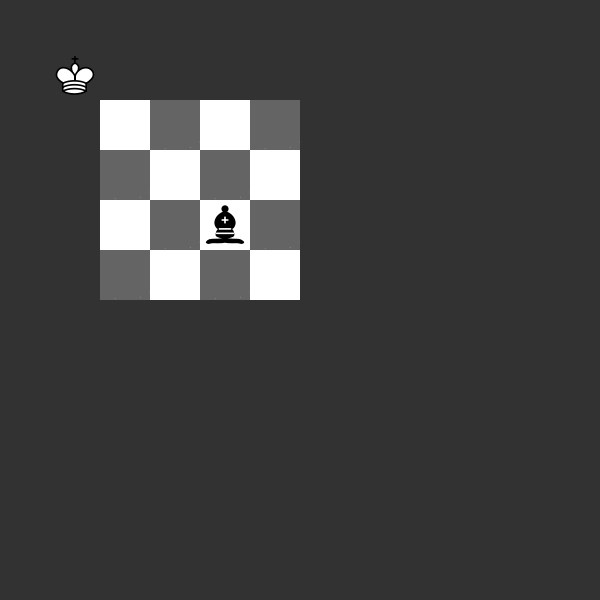
Repository: a-longe/capstone
Script's output: python engine/pygame_board.py
These files come from the project's save history. The script's output is drawn as it stood at one moment and after a run of saves; the edit follows.
The window is shown after at most 60 frames with no key pressed. Random numbers start from a fixed seed. It also reads engine/images/bB.png, engine/images/btile.png, engine/images/wK.png, engine/images/wtile.png.

Above is the script's output before, as saved 2023-12-04 09:27:46.

### engine/pygame_board.py
import pygame as pg
from my_utils import row_index_to_legend
from my_utils import is_odd, column_letter_to_index
from os import path, environ
from sys import exit

PieceInput = tuple[str, tuple[int, int]]
INPUT_GLYPH = 0
INPUT_COORDS = 1

WINDOW_WIDTH = 600
WINDOW_HEIGHT = 600

SQUARE_SIZE = 50

BOARD_SIZE = 4

BG_COLOR = (50, 50, 50)

a8, a7, a6, a5, a4, a3, a2, a1 = (100, 100), (100, 150), (100, 200), (100, 250), (100, 300), (100, 350), (100, 400), (100, 450)
b8, b7, b6, b5, b4, b3, b2, b1 = (150, 100), (150, 150), (150, 200), (150, 250), (150, 300), (150, 350), (150, 400), (150, 450)
c8, c7, c6, c5, c4, c3, c2, c1 = (200, 100), (200, 150), (200, 200), (200, 250), (200, 300), (200, 350), (200, 400), (200, 450)
d8, d7, d6, d5, d4, d3, d2, d1 = (250, 100), (250, 150), (250, 200), (250, 250), (250, 300), (250, 350), (250, 400), (250, 450)
e8, e7, e6, e5, e4, e3, e2, e1 = (300, 100), (300, 150), (300, 200), (300, 250), (300, 300), (300, 350), (300, 400), (300, 450)
f8, f7, f6, f5, f4, f3, f2, f1 = (350, 100), (350, 150), (350, 200), (350, 250), (350, 300), (350, 350), (350, 400), (350, 450)
g8, g7, g6, g5, g4, g3, g2, g1 = (400, 100), (400, 150), (400, 200), (400, 250), (400, 300), (400, 350), (400, 400), (400, 450)
h8, h7, h6, h5, h4, h3, h2, h1 = (450, 100), (450, 150), (450, 200), (450, 250), (450, 300), (450, 350), (450, 400), (450, 450)

BOARD_RECT = (
    (a8, b8, c8, d8, e8, f8, g8, h8),
    (a7, b7, c7, d7, e7, f7, g7, h7),
    (a6, b6, c6, d6, e6, f6, g6, h6),
    (a5, b5, c5, d5, e5, f5, g5, h5),
    (a4, b4, c4, d4, e4, f4, g4, h4),
    (a3, b3, c3, d3, e3, f3, g3, h3),
    (a2, b2, c2, d2, e2, f2, g2, h2),
    (a1, b1, c1, d1, e1, f1, g1, h1)
)


IMAGE_DIR = path.join(path.dirname(path.abspath(__file__)), 'images')

w_tile_img = pg.image.load(path.join(IMAGE_DIR, 'wtile.png'))
b_tile_img = pg.image.load(path.join(IMAGE_DIR, 'btile.png'))

fps = pg.time.Clock()

def get_piece_img(glyph:str) -> pg.Surface:
    if glyph.isupper():
        color = 'w'
    else:
        color = 'b'
    piece_type = glyph.upper()
    return pg.image.load(path.join(IMAGE_DIR, f"{color}{piece_type}.png"))

def create_checkerboard() -> pg.Surface:
    checkerboard = pg.display.set_mode((WINDOW_WIDTH, WINDOW_HEIGHT))
    checkerboard.fill(BG_COLOR)
    for i in range(1, BOARD_SIZE + 1):
        for j in range(1, BOARD_SIZE + 1):
            if is_odd(i):
                if is_odd(j):
                    checkerboard.blit(w_tile_img, BOARD_RECT[i - 1][j - 1])
                else:
                    checkerboard.blit(b_tile_img, BOARD_RECT[i - 1][j - 1])
            elif not is_odd(i):
                if is_odd(j):
                    checkerboard.blit(b_tile_img, BOARD_RECT[i - 1][j - 1])
                else:
                    checkerboard.blit(w_tile_img, BOARD_RECT[i - 1][j - 1])
    return checkerboard

CHECKER_BASE = create_checkerboard()

def board_position_to_cords(position:str) -> tuple[int, int]:
    column, row = position[0], int(position[1])
    board_rect_row_index = 8 - row
    board_rect_column_index = column_letter_to_index[column]
    coordinates = BOARD_RECT[board_rect_row_index][board_rect_column_index]
    return coordinates

def cords_to_board_position(x, y) -> str:
    is_found = False
    board_cords = BOARD_RECT
    row_location:int = 0
    square_location:int = 0
    for row_index, row in enumerate(board_cords):
        if is_found: break
        for square_index, square in enumerate(row):
            x_min = square[0]
            y_min = square[1]
            x_max = x_min + SQUARE_SIZE
            y_max = y_min + SQUARE_SIZE
            # print(f"x: {x_min} <= {x} < {x_max}")
            # print(f"y: {y_min} <= {y} < {y_max}")
            # print(f"cords: {square}")
            if x >= x_min and x < x_max:
                if y >= y_min and y < y_max:
                    is_found = True
                    row_location = row_index
                    square_location = square_index
                    break
    if not is_found: return "OOB"
    # convert location_indecies into a string
    # print(row_location, square_location)
    return f'{row_index_to_legend[square_location]}{8 - (row_location)}'

def add_piece_to_surface(surface:pg.Surface, glyph:str,
                      cords:tuple[int, int]) -> None:
    piece_img = get_piece_img(glyph)
    surface.blit(piece_img, cords)

def get_mouse_pos() -> tuple[int, int]:
    return pg.mouse.get_pos()

def terminate():
    pg.quit()
    exit()

def check_for_quit() -> None:
    for _ in pg.event.get(pg.QUIT): # rust am i right
        terminate()
    for event in pg.event.get(pg.KEYUP):
        if event.key == pg.K_ESCAPE:
            terminate()
        pg.event.post(event)

class Piece:
    def __init__(self, board, glyph, coords, is_dragging) -> None:
        # NOTE: might need to offset coords 0 and 1 because rect coords are the
        # top left and not the middle?
        self.board = board
        self.image = get_piece_img(glyph)
        self.colour = 'w' if glyph.isupper() else 'b'
        self.rect = pg.Rect(coords[0], coords[1], SQUARE_SIZE, SQUARE_SIZE)
        self.is_dragging = is_dragging

    def update(self) -> None:
        if self.is_dragging and self.board.is_inside_board(pg.mouse.get_pos()):
            self.rect.center = pg.mouse.get_pos()
        self.board.display_surface.blit(self.image, self.rect)


class Board:
    def __init__(self, input_pieces:list[PieceInput]) -> None:
        self.pieces = []
        for input_piece in input_pieces:
            self.pieces.append(Piece(self, input_piece[INPUT_GLYPH],
                                    input_piece[INPUT_COORDS], False))
        self.display_surface = pg.display.set_mode((WINDOW_WIDTH, WINDOW_HEIGHT))

    def get_pieces(self) -> list[list[Piece]]:
        return self.pieces

    def reset_board(self) -> None:
        self.display_surface.blit(create_checkerboard(), (0, 0))

    def update_pieces(self) -> None:
        self.reset_board()
        for piece in self.pieces:
            piece.update()

    # TODO REMOVE MAGIC NUMBERS - make board rect dynamic,
    # use a8 and h1 as corners
    def is_inside_board(self, x, y) -> bool:
        return (100 <= x <= 450) and (100 <= y <= 450)

def fen_to_board(fen:str) -> Board:
    pass

def main(Board):
    # listen for events and update board in response to them
    game_event_loop(Board)
    Board.update_pieces()

# Notice that the event loop has been given its own function. This makes
# the program easier to understand.
def game_event_loop(Board):
    for event in pg.event.get():
        if event.type == pg.MOUSEBUTTONDOWN:
            pass
        elif event.type == pg.MOUSEBUTTONUP:
            for player in Board.get_pieces():
                player.click = False
        elif event.type == pg.QUIT:
            pg.quit(); exit()

if __name__ == "__main__":
    environ['SDL_VIDEO_CENTERED'] = '1'
    pg.init()
    MyBoard = Board([
        ('K', (50, 50)),
        ('b', (200, 200))
    ])
    MyClock = pg.time.Clock()
    while True:
        main(MyBoard)
        pg.display.update()
        MyClock.tick(60)

### engine/my_utils.py
row_index_to_legend = {
	0:8,
	1:7,
	2:6,
	3:5,
	4:4,
	5:3,
	6:2,
	7:1
}

row_legend_to_index = {v:k for (k,v) in row_index_to_legend.items()}

column_index_to_letter = {
	0: 'a',
	1: 'b',
	2: 'c',
	3: 'd',
	4: 'e',
	5: 'f',
	6: 'g',
	7: 'h'
}

column_letter_to_index = {v:k for (k, v) in column_index_to_letter.items()}

def is_odd(num:int) -> bool:
    return num % 2 != 0

After the next 3 saves:
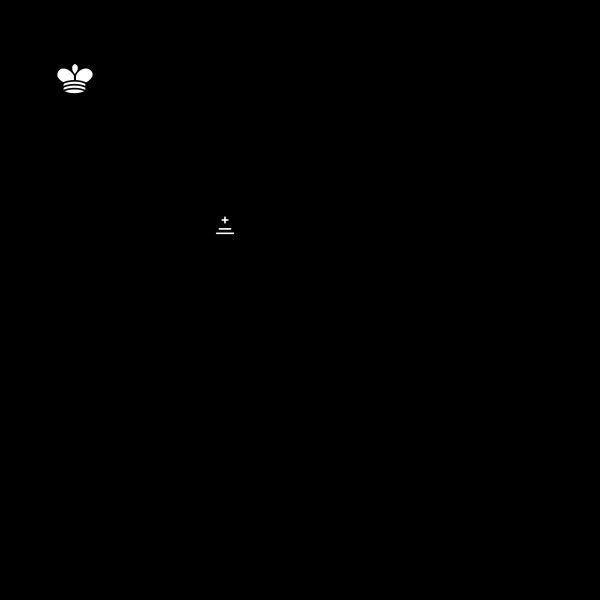
The 3 saves are shown as one change because 2 did not build or start.
The last was saved 5 min 27 s later.
--- a/engine/pygame_board.py
+++ b/engine/pygame_board.py
@@ -153,7 +153,7 @@
         return self.pieces
 
     def reset_board(self) -> None:
-        self.display_surface.blit(create_checkerboard(), (0, 0))
+        self.display_surface.fill(0)
 
     def update_pieces(self) -> None:
         self.reset_board()

After the save that followed:
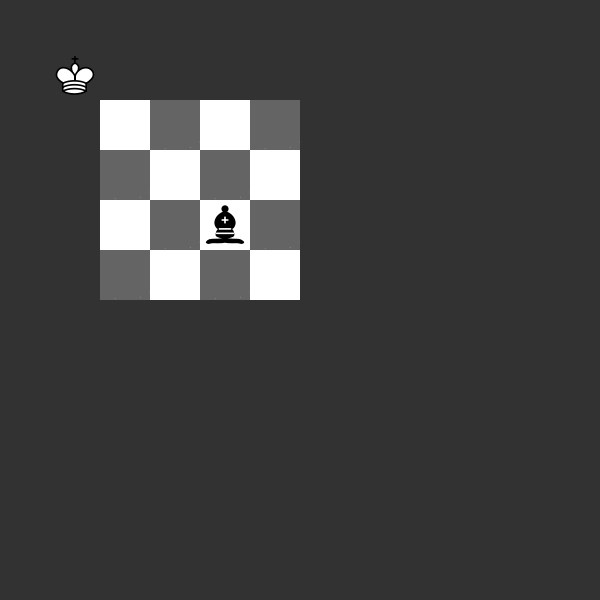
Saved 58 s later.
--- a/engine/pygame_board.py
+++ b/engine/pygame_board.py
@@ -153,7 +153,7 @@
         return self.pieces
 
     def reset_board(self) -> None:
-        self.display_surface.fill(0)
+        self.display_surface.blit(create_checkerboard(), (0, 0))
 
     def update_pieces(self) -> None:
         self.reset_board()
